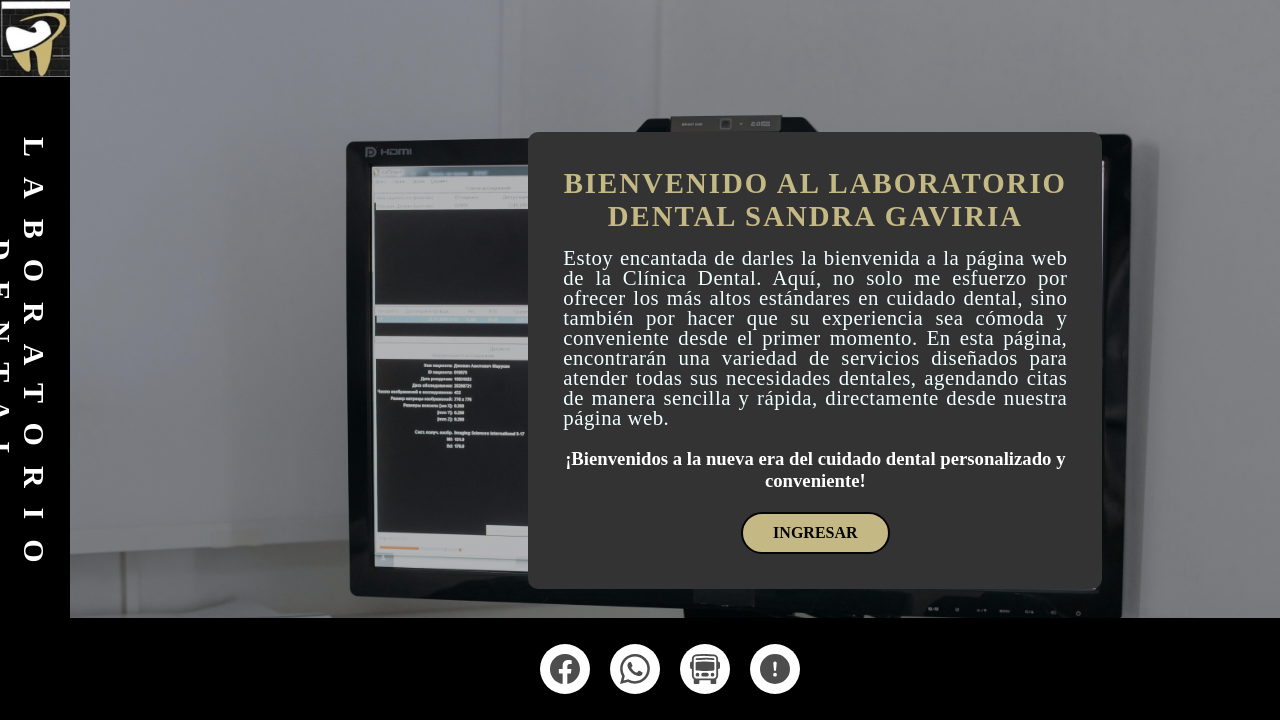
Repository: IIntef/ProyectoDental2.0
Page: Proyecto/Proyecto/Fer.html
The author's editor kept a copy of each file at every save. The page is drawn from the files as they stood at one save, then again after a run of saves.
The browser window is 1280 px wide. The pictures show the whole page.

Above is the page before, as saved 2024-07-10 14:25:26.

After the next 2 saves:
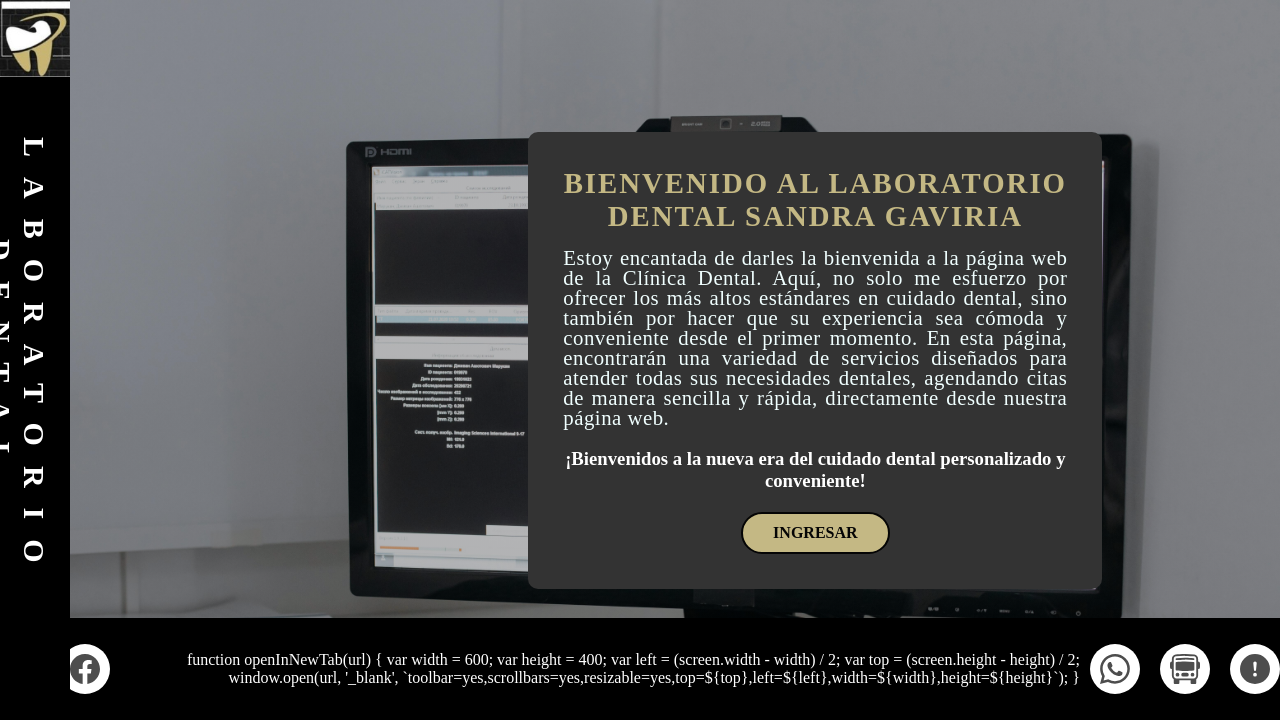
The 2 saves are shown as one change because they came seconds apart.
The last was saved 51 s later.
--- a/Proyecto/Proyecto/Fer.html
+++ b/Proyecto/Proyecto/Fer.html
@@ -36,6 +36,14 @@
             </a>
             <div class="tooltip">Facebook</div>
             </li>
+            function openInNewTab(url) {
+                var width = 600;
+                var height = 400;
+                var left = (screen.width - width) / 2;
+                var top = (screen.height - height) / 2;
+
+                window.open(url, '_blank', `toolbar=yes,scrollbars=yes,resizable=yes,top=${top},left=${left},width=${width},height=${height}`);
+            }
             <li class="icon-content">
             <a href="#" aria-label="Whatsapp" data-social="Whatsapp">
                 <div class="filled"></div>

After the 3 saves that followed:
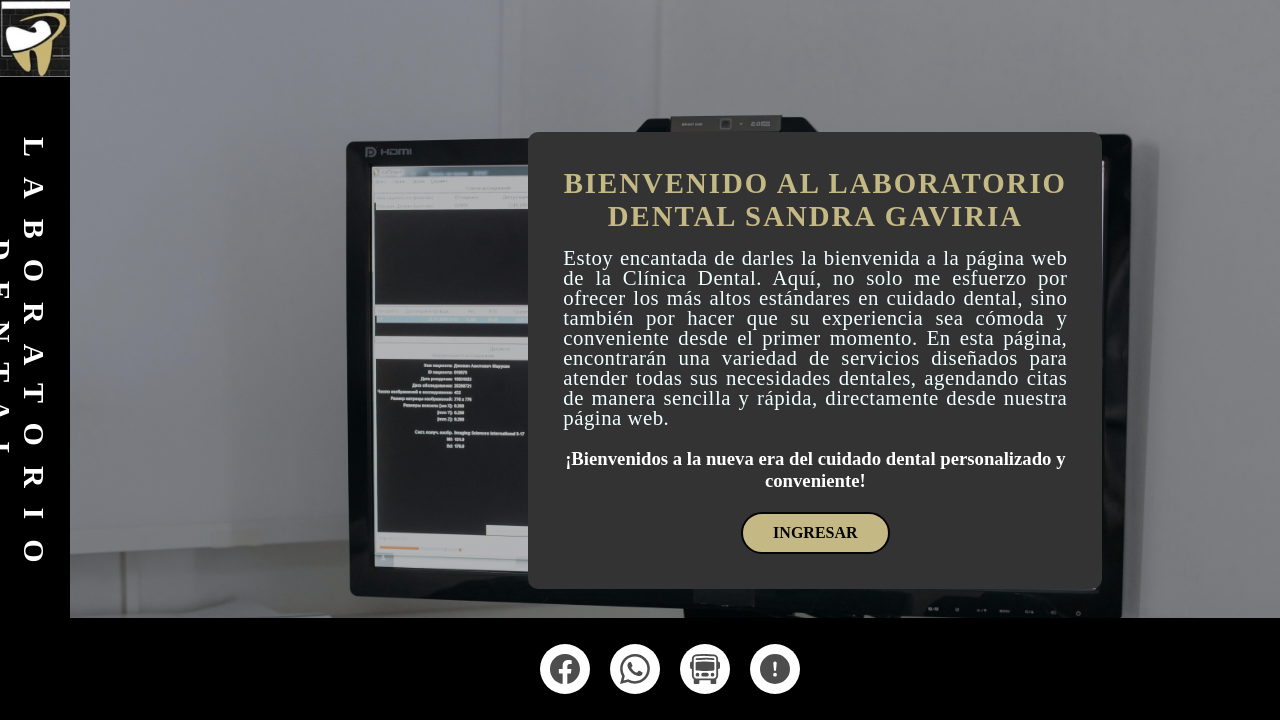
The 3 saves are shown as one change because they came seconds apart.
The last was saved 10 s later.
--- a/Proyecto/Proyecto/Fer.html
+++ b/Proyecto/Proyecto/Fer.html
@@ -36,14 +36,7 @@
             </a>
             <div class="tooltip">Facebook</div>
             </li>
-            function openInNewTab(url) {
-                var width = 600;
-                var height = 400;
-                var left = (screen.width - width) / 2;
-                var top = (screen.height - height) / 2;
-
-                window.open(url, '_blank', `toolbar=yes,scrollbars=yes,resizable=yes,top=${top},left=${left},width=${width},height=${height}`);
-            }
+            <div></div>
             <li class="icon-content">
             <a href="#" aria-label="Whatsapp" data-social="Whatsapp">
                 <div class="filled"></div>
